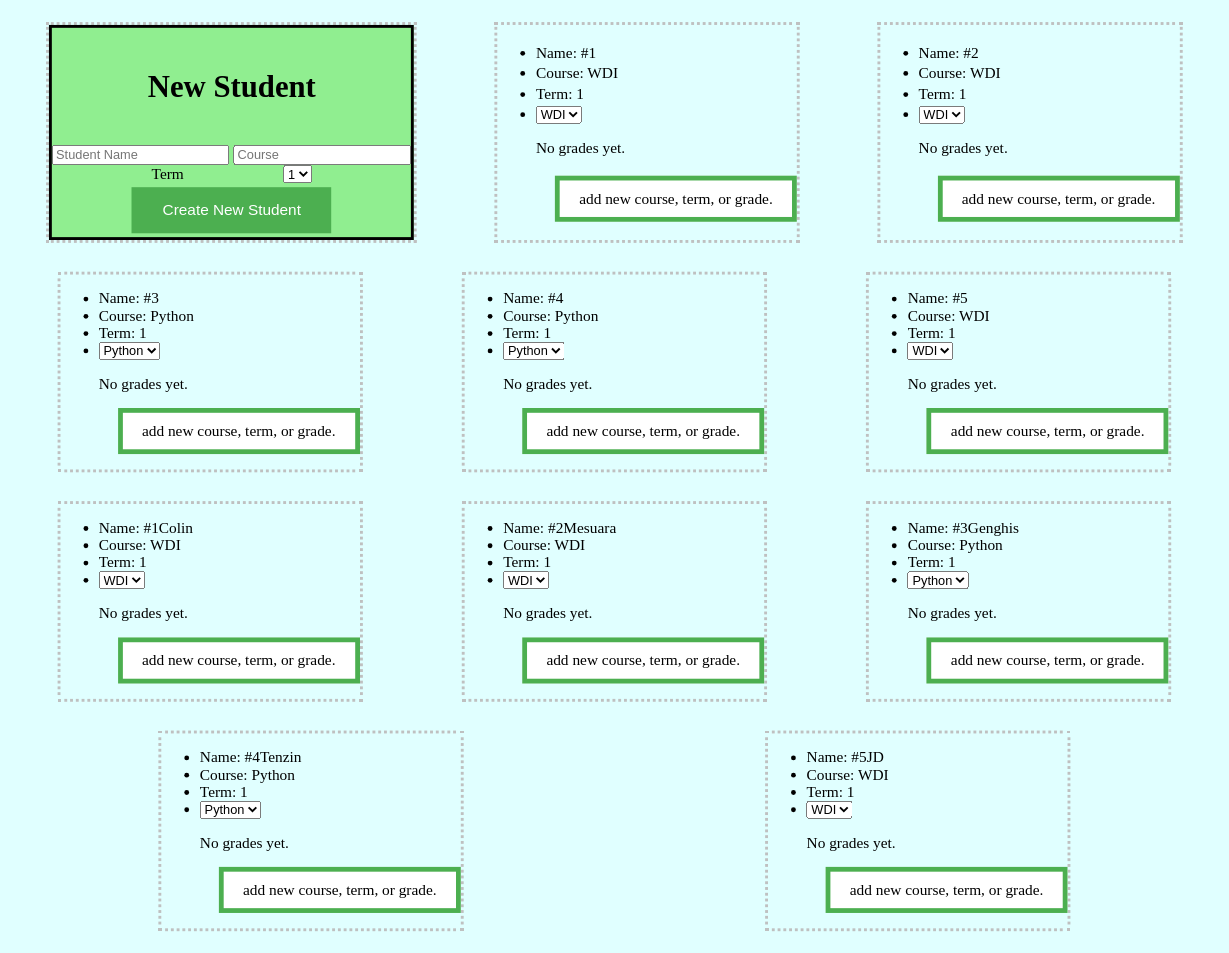
Repository: EdmontDantes/graderaide-fullstack-solution
Page: index.html
An editor plug-in stored every save of this project. The page is shown before and after a run of saves, followed by the edit.
The browser window is 1280 px wide. The pictures show the whole page, at 96% of full size.

Above is the page before, as saved 2020-04-22 11:40:09.

After the next 2 saves:
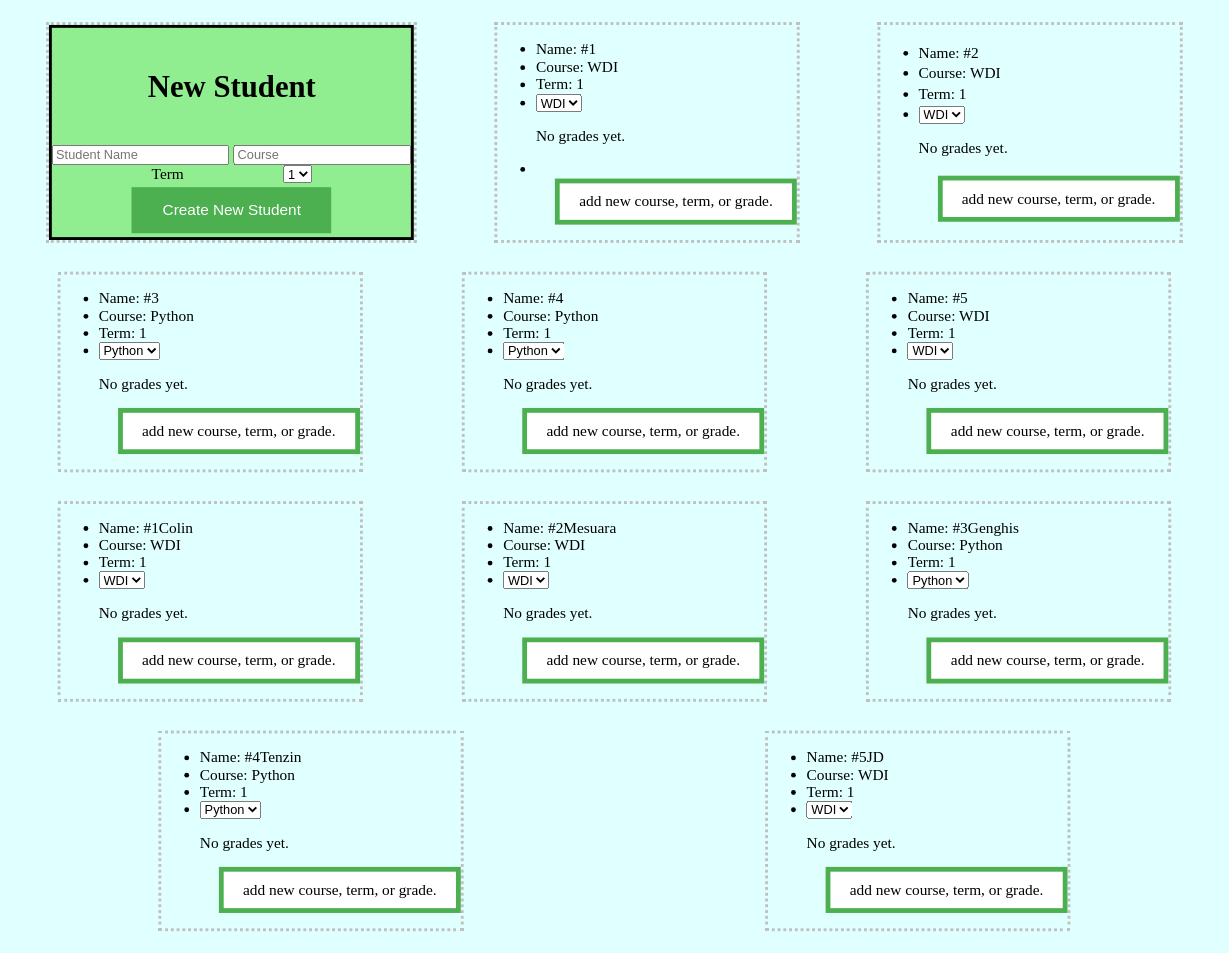
The 2 saves are shown as one change because they came seconds apart.
The last was saved 48 s later.
--- a/index.html
+++ b/index.html
@@ -44,7 +44,8 @@
               <option value="wdi">WDI</option>
             </select>
             <p>No grades yet.</p>
-          </li><a href="add.html">add new course, term, or grade.</a>
+          </li>
+          <li></li><a href="add.html">add new course, term, or grade.</a>
         </ul>
       </section>
       <section class="student-display">

After the save that followed:
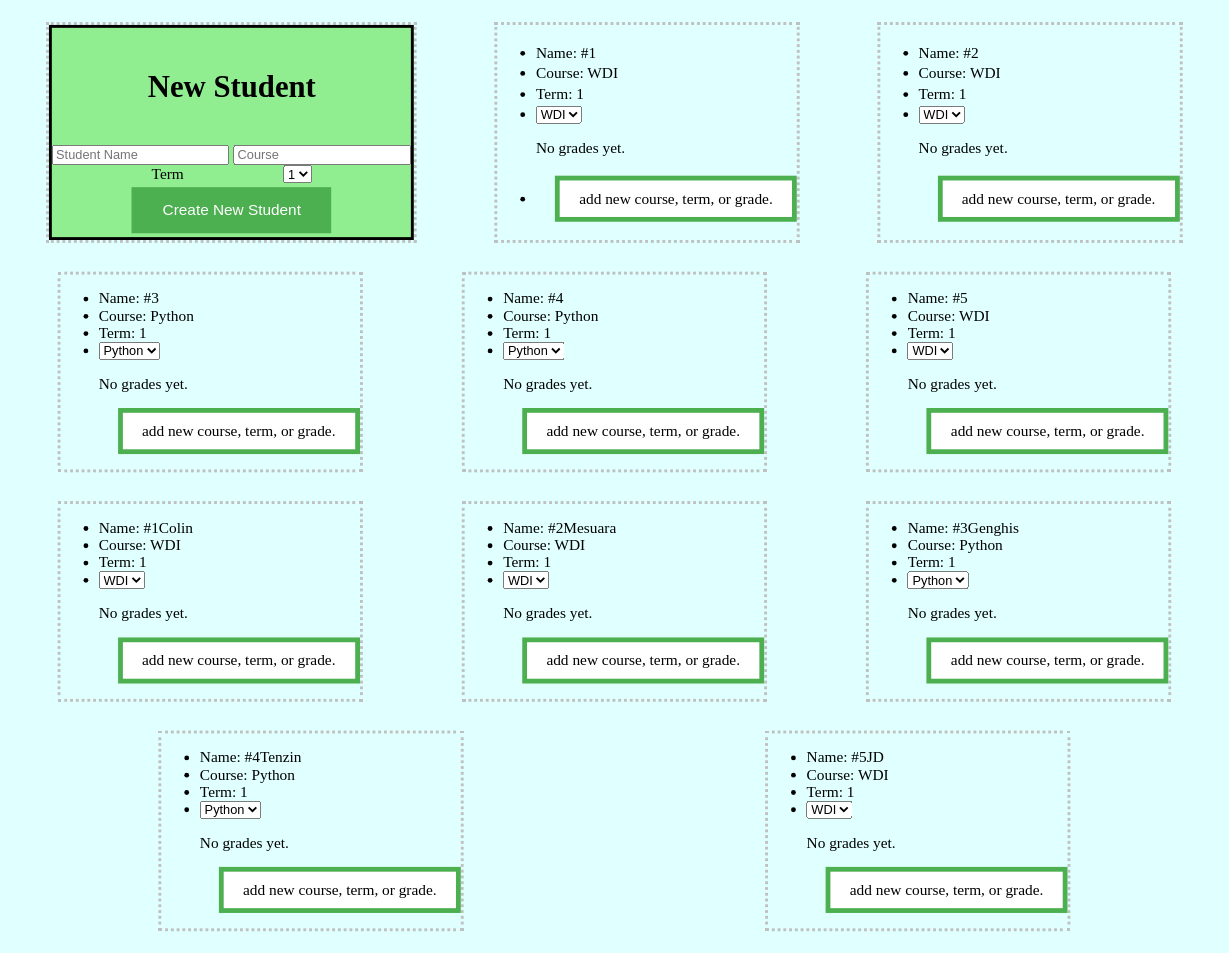
Saved 5 s later.
--- a/index.html
+++ b/index.html
@@ -45,7 +45,7 @@
             </select>
             <p>No grades yet.</p>
           </li>
-          <li></li><a href="add.html">add new course, term, or grade.</a>
+          <li><a href="add.html">add new course, term, or grade.</a>
         </ul>
       </section>
       <section class="student-display">
